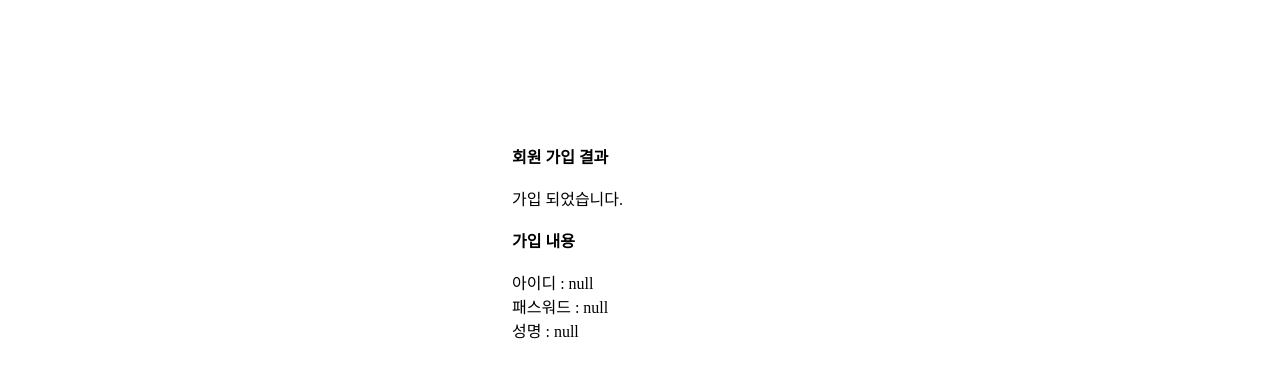
Repository: HyeogDo/Study_Java
Page: http://localhost/Quiz_03/userInsert_04.jsp
An editor plug-in stored every save of this project. The page is shown before and after the next save, followed by the edit.
The browser window is 1280 px wide. The pictures show the whole page.
The page is served by Tomcat 9.

Above is the page before, as saved 2022-03-18 05:36:41.

After the next save:
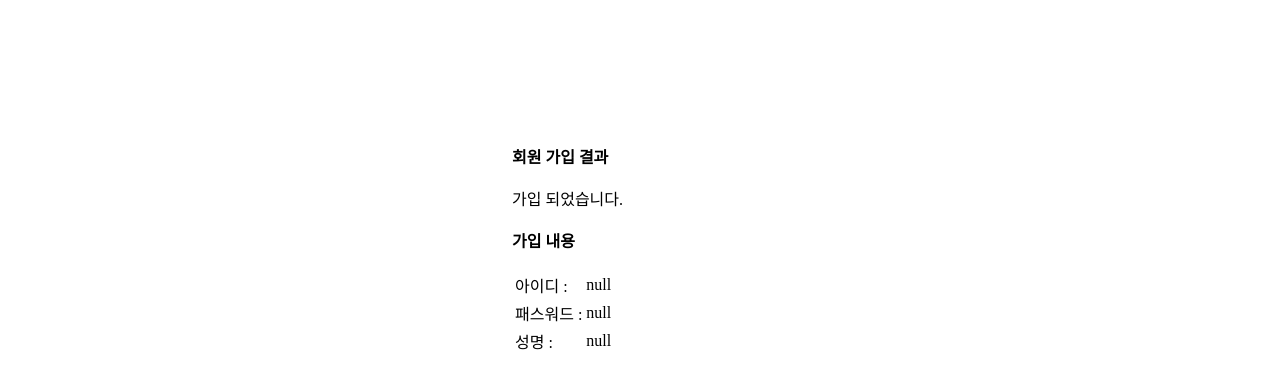
Saved 101 s later.
--- a/Servlets/Quiz_03/src/main/webapp/userInsert_04.jsp
+++ b/Servlets/Quiz_03/src/main/webapp/userInsert_04.jsp
@@ -15,9 +15,21 @@
 		<b>가입 내용</b>
 		<br>
 		<br>
-		아이디 : <%=session.getAttribute("USERID") %><br>
-		패스워드 : <%=session.getAttribute("USERPWD") %><br>
-		성명 : <%=session.getAttribute("USERNAME") %><br>
+		<table>
+			<tr>
+				<td>아이디 : </td>
+				<td><%=session.getAttribute("USERID") %></td>
+			</tr>
+			<tr>
+				<td>패스워드 : </td>
+				<td><%=session.getAttribute("USERPWD") %></td>
+			</tr>
+			<tr>
+				<td>성명 : </td>
+				<td><%=session.getAttribute("USERNAME") %></td>
+			</tr>
+		</table>
+
 		<% session.invalidate(); %>
 		</div>
 	</body>
